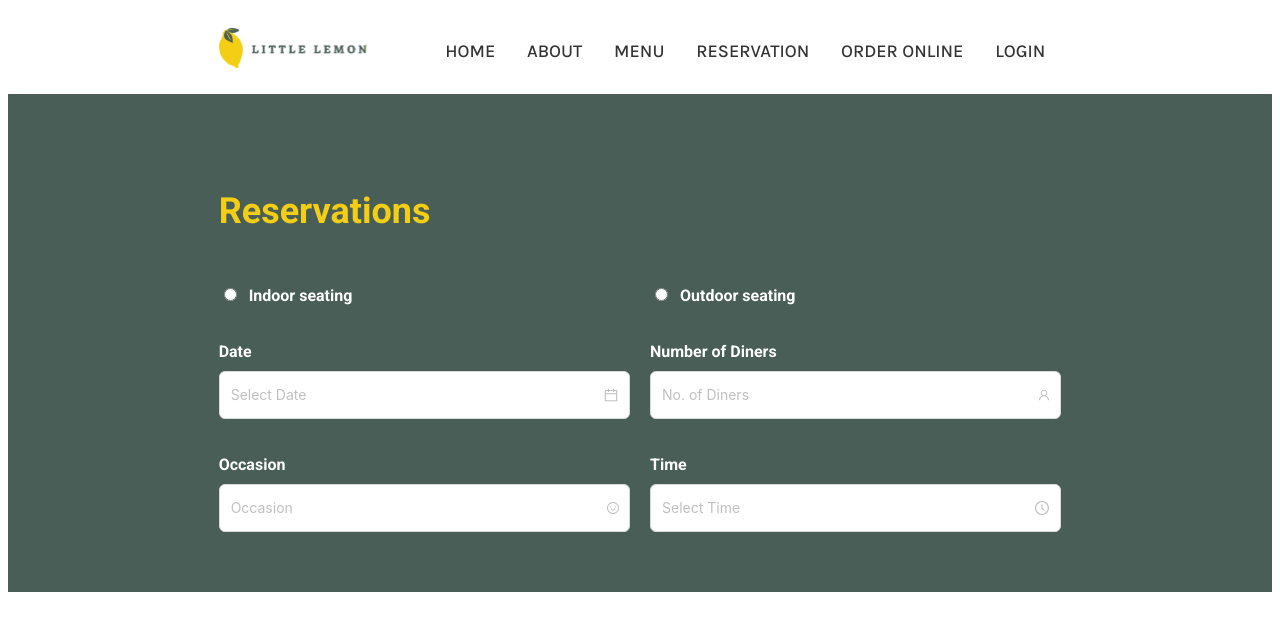
Repository: Yeshwanth-189/little-lemon
Page: /reservation (app in little-lemon/)
An editor plug-in stored every save of this project. The page is shown before and after the next save, followed by the edit.
The browser window is 1280 px wide. The pictures show the whole page.
The project was rebuilt for these pictures with package versions that can differ from the ones it lists, and the page was loaded fresh each time. Also part of the build but not shown: little-lemon/src/index.css, little-lemon/src/components/Hero/Hero.css, little-lemon/src/components/Hero/Hero.jsx, little-lemon/src/components/Specials/Specials.css, little-lemon/src/components/Specials/Specials.jsx, little-lemon/src/components/Testimonials/Testimonials.css, little-lemon/src/components/Testimonials/Testimonials.jsx, little-lemon/src/components/About/About.css and 3 more.

Above is the page before, as saved 2025-04-26 22:43:16.

After the next save:
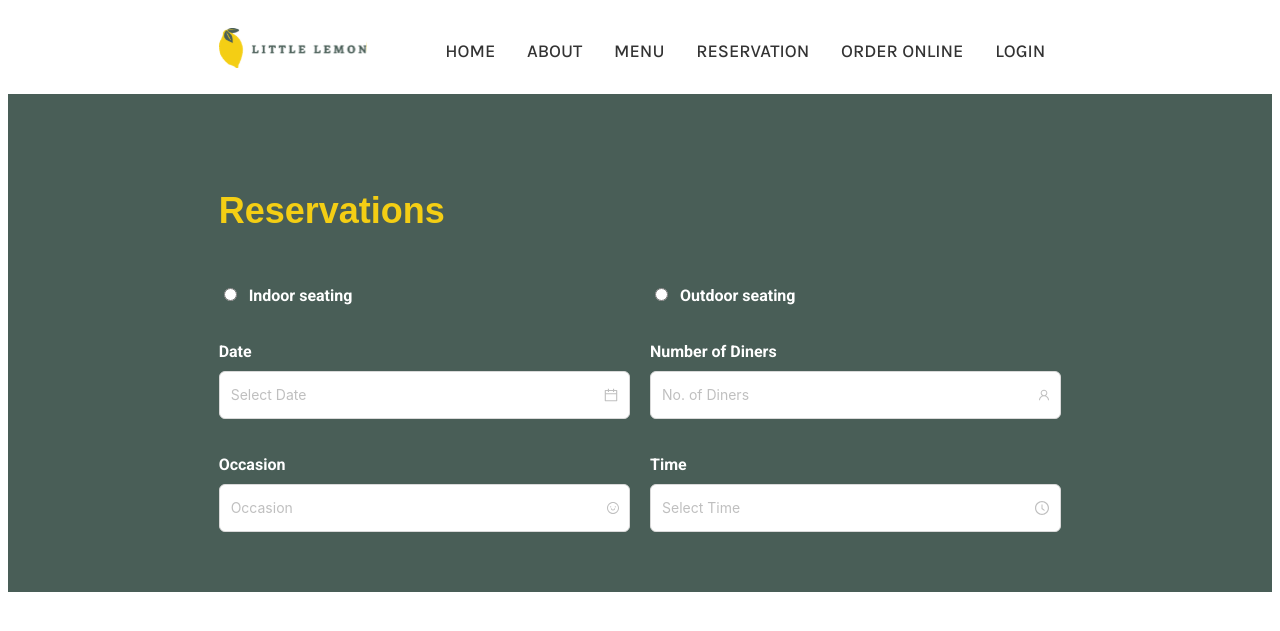
Saved 7 s later.
--- a/little-lemon/src/components/Reservation/Reservation.css
+++ b/little-lemon/src/components/Reservation/Reservation.css
@@ -13,7 +13,7 @@
   font-size: 36px;
   margin-bottom: 2%;
   color: #f4ce14;
-  font-family: "roboto", sans-serif;
+  font-family: "markazi-text", sans-serif;
 }
 /* Empty margins */
 .reservation-empty {

After the save that followed:
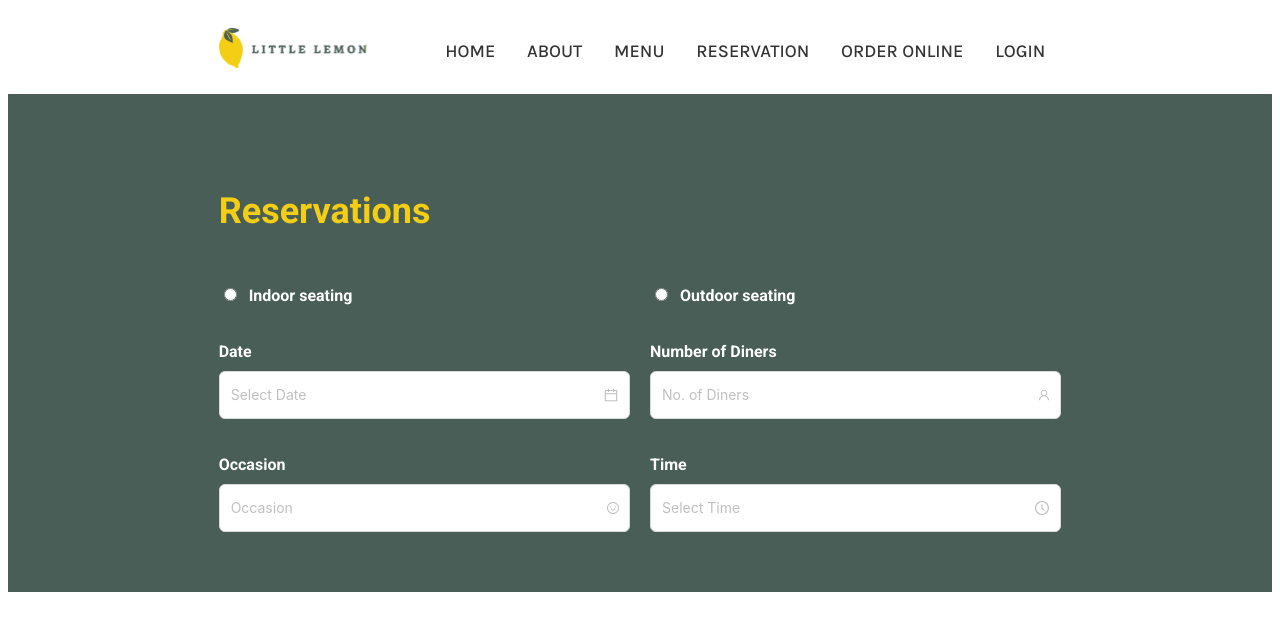
Saved 12 s later.
--- a/little-lemon/src/components/Reservation/Reservation.css
+++ b/little-lemon/src/components/Reservation/Reservation.css
@@ -13,7 +13,7 @@
   font-size: 36px;
   margin-bottom: 2%;
   color: #f4ce14;
-  font-family: "markazi-text", sans-serif;
+  font-family: "roboto", sans-serif;
 }
 /* Empty margins */
 .reservation-empty {
